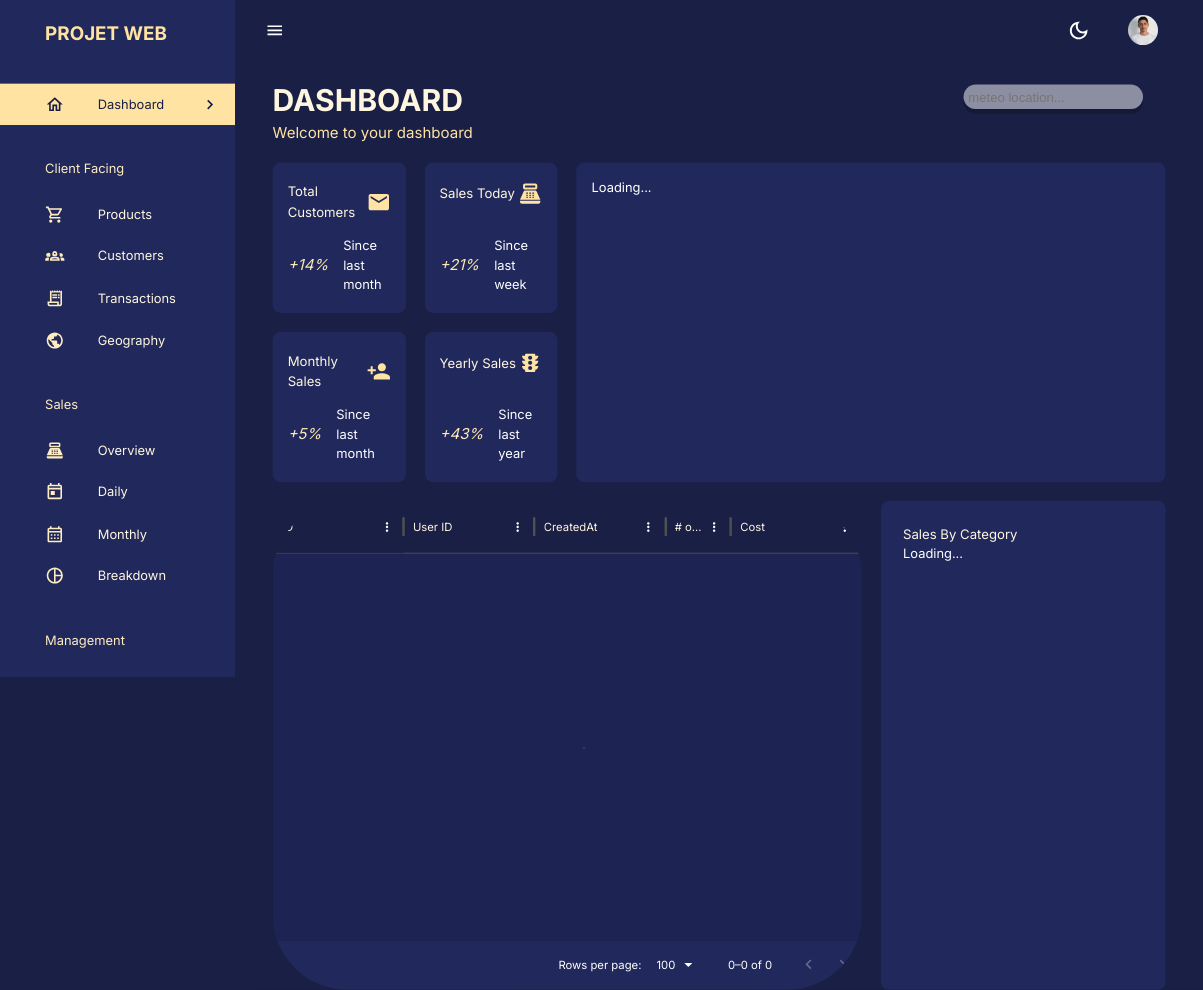
Repository: Alexiserenity/MERN-Dashboard
Page: / (app in client/)
The author's editor kept a copy of each file at every save. The page is drawn from the files as they stood at one save, then again after the next save.
The browser window is 1280 px wide. The pictures show the whole page, at 94% of full size.
The page's requests for data from a server got no answer. The project was rebuilt for these pictures with package versions that can differ from the ones it lists, and the page was loaded fresh each time. No one was signed in, and anything a server would have sent is missing. Also part of the build but not shown: client/src/components/BreakdownChart.jsx, client/src/components/OverviewChart.jsx, client/src/scenes/products/index.jsx, client/src/scenes/customers/index.jsx, client/src/components/DataGridCustomToolbar.jsx, client/src/scenes/transactions/index.jsx, client/src/state/geoData.js, client/src/scenes/geography/index.jsx and 7 more.

Above is the page before, as saved 2022-12-24 01:59:55.

### client/src/state/api.js
import { createApi, fetchBaseQuery } from "@reduxjs/toolkit/query/react";

export const api = createApi({
  baseQuery: fetchBaseQuery({ baseUrl: process.env.REACT_APP_BASE_URL }),
  reducerPath: "adminApi",
  tagTypes: [
    "User",
    "Products",
    "Customers",
    "Transactions",
    "Geography",
    "Sales",
    "Admins",
    "Performance",
    "Dashboard",
  ],
  endpoints: (build) => ({
    getUser: build.query({
      query: (id) => `general/user/${id}`,
      providesTags: ["User"],
    }),
    getProducts: build.query({
      query: () => "client/products",
      providesTags: ["Products"],
    }),
    getCustomers: build.query({
      query: () => "client/customers",
      providesTags: ["Customers"],
    }),
    getTransactions: build.query({
      query: ({ page, pageSize, sort, search }) => ({
        url: "client/transactions",
        method: "GET",
        params: { page, pageSize, sort, search },
      }),
      providesTags: ["Transactions"],
    }),
    getGeography: build.query({
      query: () => "client/geography",
      providesTags: ["Geography"],
    }),
    getSales: build.query({
      query: () => "sales/sales",
      providesTags: ["Sales"],
    }),
    getAdmins: build.query({
      query: () => "management/admins",
      providesTags: ["Admins"],
    }),
    getUserPerformance: build.query({
      query: (id) => `management/performance/${id}`,
      providesTags: ["Performance"],
    }),
    getDashboard: build.query({
      query: () => "general/dashboard",
      providesTags: ["Dashboard"],
    }),
  }),
});

export const {
  useGetUserQuery,
  useGetProductsQuery,
  useGetCustomersQuery,
  useGetTransactionsQuery,
  useGetGeographyQuery,
  useGetSalesQuery,
  useGetAdminsQuery,
  useGetUserPerformanceQuery,
  useGetDashboardQuery,
} = api;

### client/src/scenes/layout/index.jsx
import React, { useState } from "react";
import { Box, useMediaQuery } from "@mui/material";
import { Outlet } from "react-router-dom";
import { useSelector } from "react-redux";
import Navbar from "components/Navbar";
import Sidebar from "components/Sidebar";
import { useGetUserQuery } from "state/api";

const Layout = () => {
  const isNonMobile = useMediaQuery("(min-width: 600px)");
  const [isSidebarOpen, setIsSidebarOpen] = useState(true);
  const userId = useSelector((state) => state.global.userId);
  const { data } = useGetUserQuery(userId);

  return (
    <Box display={isNonMobile ? "flex" : "block"} width="100%" height="100%">
      <Sidebar
        user={data || {}}
        isNonMobile={isNonMobile}
        drawerWidth="250px"
        isSidebarOpen={isSidebarOpen}
        setIsSidebarOpen={setIsSidebarOpen}
      />
      <Box flexGrow={1}>
        <Navbar
          user={data || {}}
          isSidebarOpen={isSidebarOpen}
          setIsSidebarOpen={setIsSidebarOpen}
        />
        <Outlet />
      </Box>
    </Box>
  );
};

export default Layout;

### client/src/scenes/dashboard/index.jsx
import React, { useState } from 'react';
import FlexBetween from "components/FlexBetween";
import Header from "components/Header";
import {
  Email,
  PointOfSale,
  PersonAdd,
  Traffic,
} from "@mui/icons-material";
import {
  Box,
  Typography,
  useTheme,
  useMediaQuery,
  Toolbar,
} from "@mui/material";
import { DataGrid } from "@mui/x-data-grid";
import BreakdownChart from "components/BreakdownChart";
import OverviewChart from "components/OverviewChart";
import { useGetDashboardQuery } from "state/api";
import StatBox from "components/StatBox";

const api = {
  key: "0638574d291b3e1090515ce7939cd186",
  base: " http://api.openweathermap.org/data/2.5/"
}

const Dashboard = () => {
  const theme = useTheme();
  const isNonMediumScreens = useMediaQuery("(min-width: 1200px)");
  const { data, isLoading } = useGetDashboardQuery();

  const columns = [
    {
      field: "_id",
      headerName: "ID",
      flex: 1,
    },
    {
      field: "userId",
      headerName: "User ID",
      flex: 1,
    },
    {
      field: "createdAt",
      headerName: "CreatedAt",
      flex: 1,
    },
    {
      field: "products",
      headerName: "# of Products",
      flex: 0.5,
      sortable: false,
      renderCell: (params) => params.value.length,
    },
    {
      field: "cost",
      headerName: "Cost",
      flex: 1,
      renderCell: (params) => `$${Number(params.value).toFixed(2)}`,
    },
  ];

  const [query, setQuery] = useState('');
  const [weather, setWeather] = useState({});


  const search = evt => {
    if (evt.key === "Enter") {
      fetch(`${api.base}weather?q=${query}&units=metric&APPID=${api.key}`)
        .then(res => res.json())
        .then(result => {
          setWeather(result);
          setQuery('');
          console.log(result);
        });
    }
  }




  return (
    <Box m="1.5rem 2.5rem">
      <FlexBetween>
        <Header title="DASHBOARD" subtitle="Welcome to your dashboard" />
        <Box>
          <Toolbar>





   <div className={(typeof weather.main != "undefined") ? ((weather.main.temp > 16) ? 'app warm' : 'app') : 'app'}>
     <main>
       <div className="search-box">
         <input
           type="text"
           className="search-bar"
           placeholder="meteo location..."
           onChange={e => setQuery(e.target.value)}
           value={query}
           onKeyPress={search}
         />

       </div>
       {(typeof weather.main != "undefined") ? (
        <div>
          <div className="location-box">
            <div className="location">{weather.name}, {weather.sys.country}</div>
            <div className="temp"> {Math.round(weather.main.temp)}°c </div>
            <div className="weather">{weather.weather[0].main}</div>
          </div>
        </div>
       ) : ('')}
     </main>
   </div>







          </Toolbar>
        </Box>
      </FlexBetween>

      <Box
        mt="20px"
        display="grid"
        gridTemplateColumns="repeat(12, 1fr)"
        gridAutoRows="160px"
        gap="20px"
        sx={{
          "& > div": { gridColumn: isNonMediumScreens ? undefined : "span 12" },
        }}
      >
        {/* ROW 1 */}
        <StatBox
          title="Total Customers"
          value={data && data.totalCustomers}
          increase="+14%"
          description="Since last month"
          icon={
            <Email
              sx={{ color: theme.palette.secondary[300], fontSize: "26px" }}
            />
          }
        />
        <StatBox
          title="Sales Today"
          value={data && data.todayStats.totalSales}
          increase="+21%"
          description="Since last week"
          icon={
            <PointOfSale
              sx={{ color: theme.palette.secondary[300], fontSize: "26px" }}
            />
          }
        />
        <Box
          gridColumn="span 8"
          gridRow="span 2"
          backgroundColor={theme.palette.background.alt}
          p="1rem"
          borderRadius="0.55rem"
        >
          <OverviewChart view="sales" isDashboard={true} />
        </Box>
        <StatBox
          title="Monthly Sales"
          value={data && data.thisMonthStats.totalSales}
          increase="+5%"
          description="Since last month"
          icon={
            <PersonAdd
              sx={{ color: theme.palette.secondary[300], fontSize: "26px" }}
            />
          }
        />
        <StatBox
          title="Yearly Sales"
          value={data && data.yearlySalesTotal}
          increase="+43%"
          description="Since last year"
          icon={
            <Traffic
              sx={{ color: theme.palette.secondary[300], fontSize: "26px" }}
            />
          }
        />

        {/* ROW 2 */}
        <Box
          gridColumn="span 8"
          gridRow="span 3"
          sx={{
            "& .MuiDataGrid-root": {
              border: "none",
              borderRadius: "5rem",
            },
            "& .MuiDataGrid-cell": {
              borderBottom: "none",
            },
            "& .MuiDataGrid-columnHeaders": {
              backgroundColor: theme.palette.background.alt,
              color: theme.palette.secondary[100],
              borderBottom: "none",
            },
            "& .MuiDataGrid-virtualScroller": {
              backgroundColor: theme.palette.background.alt,
            },
            "& .MuiDataGrid-footerContainer": {
              backgroundColor: theme.palette.background.alt,
              color: theme.palette.secondary[100],
              borderTop: "none",
            },
            "& .MuiDataGrid-toolbarContainer .MuiButton-text": {
              color: `${theme.palette.secondary[200]} !important`,
            },
          }}
        >
          <DataGrid
            loading={isLoading || !data}
            getRowId={(row) => row._id}
            rows={(data && data.transactions) || []}
            columns={columns}
          />
        </Box>
        <Box
          gridColumn="span 4"
          gridRow="span 3"
          backgroundColor={theme.palette.background.alt}
          p="1.5rem"
          borderRadius="0.55rem"
        >
          <Typography variant="h6" sx={{ color: theme.palette.secondary[100] }}>
            Sales By Category
          </Typography>
          <BreakdownChart isDashboard={true} />
          <Typography
            p="0 0.6rem"
            fontSize="0.8rem"
            sx={{ color: theme.palette.secondary[200] }}
          >
          </Typography>
        </Box>
      </Box>
    </Box>
  );
};

export default Dashboard;

### client/src/components/Navbar.jsx
import React, { useState } from "react";
import {
  LightModeOutlined,
  DarkModeOutlined,
  Menu as MenuIcon,

} from "@mui/icons-material";
import FlexBetween from "components/FlexBetween";
import { useDispatch } from "react-redux";
import { setMode } from "state";
import profileImage from "assets/profile.jpeg";
import {
  AppBar,
  Button,
  Box,
  Typography,
  IconButton,
  Toolbar,
  useTheme,
} from "@mui/material";


const Navbar = ({ user, isSidebarOpen, setIsSidebarOpen }) => {
  const dispatch = useDispatch();
  const theme = useTheme();

  const [anchorEl, setAnchorEl] = useState(null);
  const isOpen = Boolean(anchorEl);
  const handleClick = (event) => setAnchorEl(event.currentTarget);
  const handleClose = () => setAnchorEl(null);

  return (
    <AppBar
      sx={{
        position: "static",
        background: "none",
        boxShadow: "none",
      }}
    >
      <Toolbar sx={{ justifyContent: "space-between" }}>
        {/* LEFT SIDE */}
        <FlexBetween>
          <IconButton onClick={() => setIsSidebarOpen(!isSidebarOpen)}>
            <MenuIcon />
          </IconButton>
        </FlexBetween>



        {/* RIGHT SIDE */}
        <FlexBetween gap="1.5rem">
          <IconButton onClick={() => dispatch(setMode())}>
            {theme.palette.mode === "dark" ? (
              <DarkModeOutlined sx={{ fontSize: "25px" }} />
            ) : (
              <LightModeOutlined sx={{ fontSize: "25px" }} />
            )}
          </IconButton>

          <FlexBetween>
            <Button
              onClick={handleClick}
              sx={{
                display: "flex",
                justifyContent: "space-between",
                alignItems: "center",
                textTransform: "none",
                gap: "1rem",
              }}
            >
              <Box
                component="img"
                alt="profile"
                src={profileImage}
                height="32px"
                width="32px"
                borderRadius="50%"
                sx={{ objectFit: "cover" }}
              />
              <Box textAlign="left">
                <Typography
                  fontWeight="bold"
                  fontSize="0.85rem"
                  sx={{ color: theme.palette.secondary[100] }}
                >
                  {user.name}
                </Typography>
                <Typography
                  fontSize="0.75rem"
                  sx={{ color: theme.palette.secondary[200] }}
                >
                  {user.occupation}
                </Typography>
              </Box>
            </Button>
          </FlexBetween>
        </FlexBetween>
      </Toolbar>
    </AppBar>
  );
};

export default Navbar;

### client/src/components/Sidebar.jsx
import React from "react";
import {
  Box,
  Divider,
  Drawer,
  IconButton,
  List,
  ListItem,
  ListItemButton,
  ListItemIcon,
  ListItemText,
  Typography,
  useTheme,
} from "@mui/material";
import {
  SettingsOutlined,
  ChevronLeft,
  ChevronRightOutlined,
  HomeOutlined,
  ShoppingCartOutlined,
  Groups2Outlined,
  ReceiptLongOutlined,
  PublicOutlined,
  PointOfSaleOutlined,
  TodayOutlined,
  CalendarMonthOutlined,
  AdminPanelSettingsOutlined,
  TrendingUpOutlined,
  PieChartOutlined,
} from "@mui/icons-material";
import { useEffect, useState } from "react";
import { useLocation, useNavigate } from "react-router-dom";
import FlexBetween from "./FlexBetween";
import profileImage from "assets/profile.jpeg";

const navItems = [
  {
    text: "Dashboard",
    icon: <HomeOutlined />,
  },
  {
    text: "Client Facing",
    icon: null,
  },
  {
    text: "Products",
    icon: <ShoppingCartOutlined />,
  },
  {
    text: "Customers",
    icon: <Groups2Outlined />,
  },
  {
    text: "Transactions",
    icon: <ReceiptLongOutlined />,
  },
  {
    text: "Geography",
    icon: <PublicOutlined />,
  },
  {
    text: "Sales",
    icon: null,
  },
  {
    text: "Overview",
    icon: <PointOfSaleOutlined />,
  },
  {
    text: "Daily",
    icon: <TodayOutlined />,
  },
  {
    text: "Monthly",
    icon: <CalendarMonthOutlined />,
  },
  {
    text: "Breakdown",
    icon: <PieChartOutlined />,
  },
  {
    text: "Management",
    icon: null,
  },
  {
    text: "Admin",
    icon: <AdminPanelSettingsOutlined />,
  },
  {
    text: "Performance",
    icon: <TrendingUpOutlined />,
  },
];

const Sidebar = ({
  user,
  drawerWidth,
  isSidebarOpen,
  setIsSidebarOpen,
  isNonMobile,
}) => {
  const { pathname } = useLocation();
  const [active, setActive] = useState("");
  const navigate = useNavigate();
  const theme = useTheme();

  useEffect(() => {
    setActive(pathname.substring(1));
  }, [pathname]);

  return (
    <Box component="nav">
      {isSidebarOpen && (
        <Drawer
          open={isSidebarOpen}
          onClose={() => setIsSidebarOpen(false)}
          variant="persistent"
          anchor="left"
          sx={{
            width: drawerWidth,
            "& .MuiDrawer-paper": {
              color: theme.palette.secondary[200],
              backgroundColor: theme.palette.background.alt,
              boxSixing: "border-box",
              borderWidth: isNonMobile ? 0 : "2px",
              width: drawerWidth,
            },
          }}
        >
          <Box width="100%">
            <Box m="1.5rem 2rem 2rem 3rem">
              <FlexBetween color={theme.palette.secondary.main}>
                <Box display="flex" alignItems="center" gap="0.8rem">
                  <Typography variant="h4" fontWeight="bold">
                    PROJET WEB
                  </Typography>
                </Box>
                {!isNonMobile && (
                  <IconButton onClick={() => setIsSidebarOpen(!isSidebarOpen)}>
                    <ChevronLeft />
                  </IconButton>
                )}
              </FlexBetween>
            </Box>
            <List>
              {navItems.map(({ text, icon }) => {
                if (!icon) {
                  return (
                    <Typography key={text} sx={{ m: "2.25rem 0 1rem 3rem" }}>
                      {text}
                    </Typography>
                  );
                }
                const lcText = text.toLowerCase();

                return (
                  <ListItem key={text} disablePadding>
                    <ListItemButton
                      onClick={() => {
                        navigate(`/${lcText}`);
                        setActive(lcText);
                      }}
                      sx={{
                        backgroundColor:
                          active === lcText
                            ? theme.palette.secondary[300]
                            : "transparent",
                        color:
                          active === lcText
                            ? theme.palette.primary[600]
                            : theme.palette.secondary[100],
                      }}
                    >
                      <ListItemIcon
                        sx={{
                          ml: "2rem",
                          color:
                            active === lcText
                              ? theme.palette.primary[600]
                              : theme.palette.secondary[200],
                        }}
                      >
                        {icon}
                      </ListItemIcon>
                      <ListItemText primary={text} />
                      {active === lcText && (
                        <ChevronRightOutlined sx={{ ml: "auto" }} />
                      )}
                    </ListItemButton>
                  </ListItem>
                );
              })}
            </List>
          </Box>
        </Drawer>
      )}
    </Box>
  );
};

export default Sidebar;

### client/src/components/StatBox.jsx
import React from "react";
import { Box, Typography, useTheme } from "@mui/material";
import FlexBetween from "./FlexBetween";

const StatBox = ({ title, value, increase, icon, description }) => {
  const theme = useTheme();
  return (
    <Box
      gridColumn="span 2"
      gridRow="span 1"
      display="flex"
      flexDirection="column"
      justifyContent="space-between"
      p="1.25rem 1rem"
      flex="1 1 100%"
      backgroundColor={theme.palette.background.alt}
      borderRadius="0.55rem"
    >
      <FlexBetween>
        <Typography variant="h6" sx={{ color: theme.palette.secondary[100] }}>
          {title}
        </Typography>
        {icon}
      </FlexBetween>

      <Typography
        variant="h3"
        fontWeight="600"
        sx={{ color: theme.palette.secondary[200] }}
      >
        {value}
      </Typography>
      <FlexBetween gap="1rem">
        <Typography
          variant="h5"
          fontStyle="italic"
          sx={{ color: theme.palette.secondary.light }}
        >
          {increase}
        </Typography>
        <Typography>{description}</Typography>
      </FlexBetween>
    </Box>
  );
};

export default StatBox;

Loaded but not shown: client/public/index.html (common file); client/src/index.js (common file); client/src/index.css (common file); client/src/App.js (common file); client/src/state/index.js (common file); client/src/components/FlexBetween.jsx (common file); client/src/components/Header.jsx (common file); client/src/theme.js (139 lines, source omitted)

After the next save:
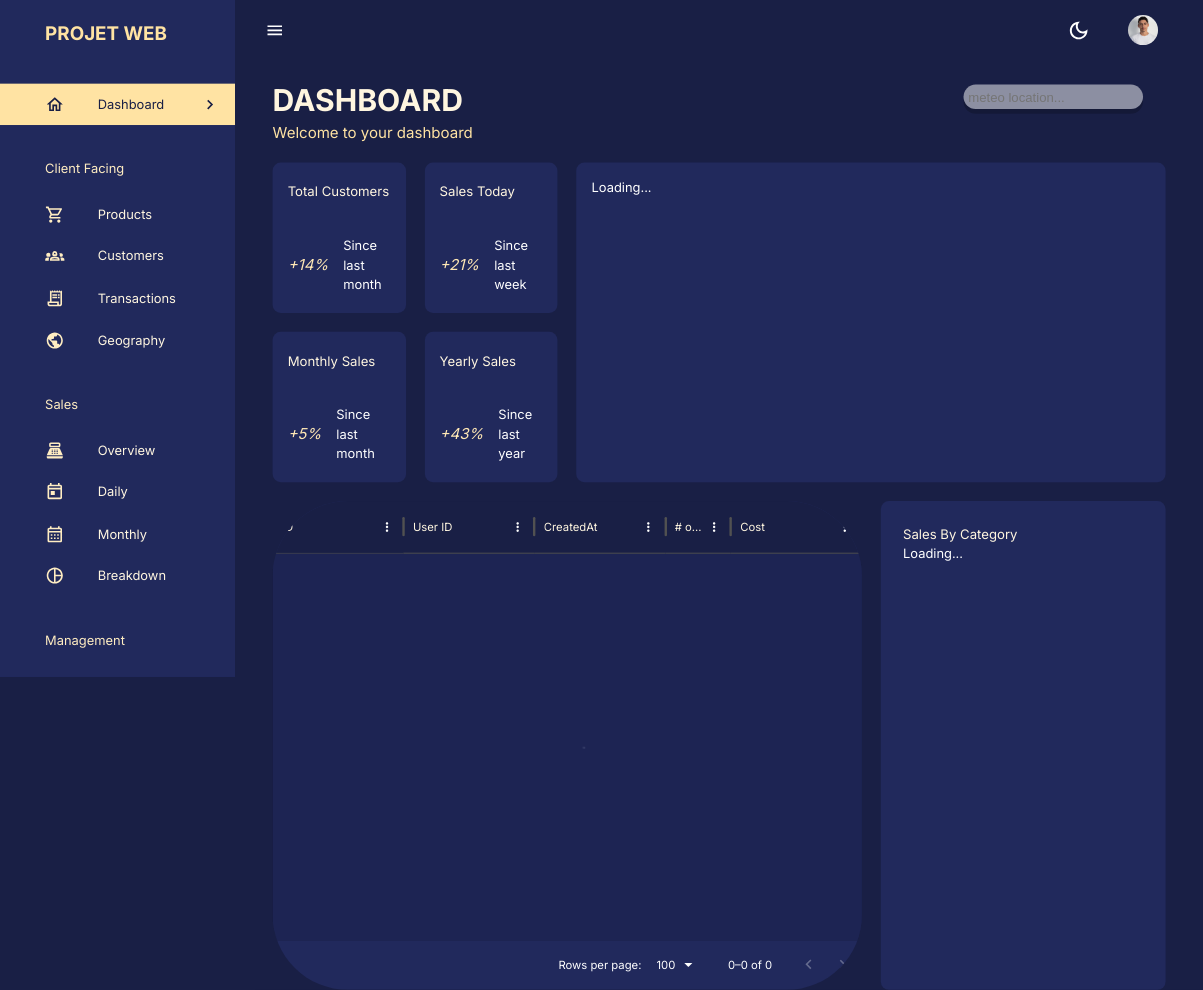
Saved 118 s later.
--- a/client/src/scenes/dashboard/index.jsx
+++ b/client/src/scenes/dashboard/index.jsx
@@ -142,22 +142,12 @@ const Dashboard = () => {
           value={data && data.totalCustomers}
           increase="+14%"
           description="Since last month"
-          icon={
-            <Email
-              sx={{ color: theme.palette.secondary[300], fontSize: "26px" }}
-            />
-          }
         />
         <StatBox
           title="Sales Today"
           value={data && data.todayStats.totalSales}
           increase="+21%"
           description="Since last week"
-          icon={
-            <PointOfSale
-              sx={{ color: theme.palette.secondary[300], fontSize: "26px" }}
-            />
-          }
         />
         <Box
           gridColumn="span 8"
@@ -173,22 +163,12 @@ const Dashboard = () => {
           value={data && data.thisMonthStats.totalSales}
           increase="+5%"
           description="Since last month"
-          icon={
-            <PersonAdd
-              sx={{ color: theme.palette.secondary[300], fontSize: "26px" }}
-            />
-          }
         />
         <StatBox
           title="Yearly Sales"
           value={data && data.yearlySalesTotal}
           increase="+43%"
           description="Since last year"
-          icon={
-            <Traffic
-              sx={{ color: theme.palette.secondary[300], fontSize: "26px" }}
-            />
-          }
         />
 
         {/* ROW 2 */}
